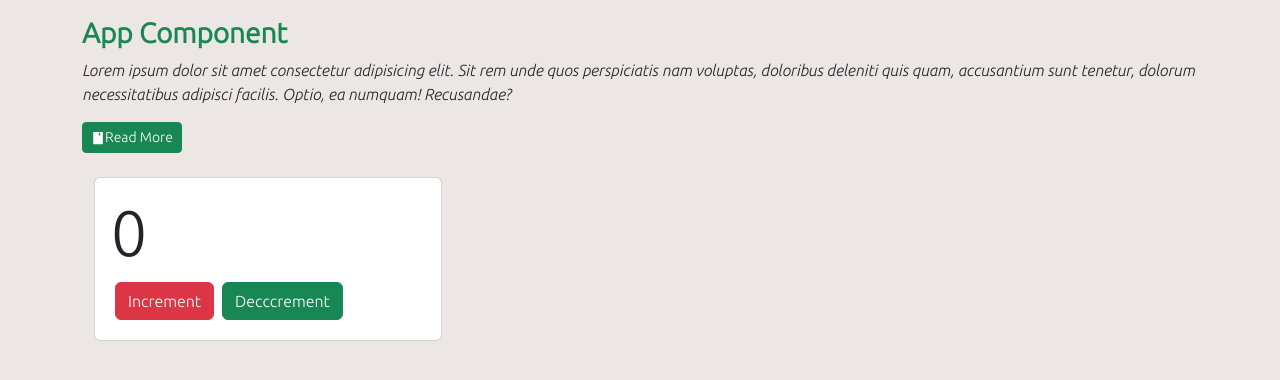
Repository: OmniaRafat232111121/employee_List
Page: /
These files come from the project's save history. The page is drawn as it stood at one moment and after the next save; the edit follows.
The browser window is 1280 px wide. The pictures show the whole page.
The project was rebuilt for these pictures with package versions that can differ from the ones it lists, and the page was loaded fresh each time.

Above is the page before, as saved 2022-09-09 13:17:49.

### public/index.html
<!DOCTYPE html>
<html lang="en">
  <head>
    <meta charset="utf-8" />
    <link rel="icon" href="%PUBLIC_URL%/favicon.ico" />
    <meta name="viewport" content="width=device-width, initial-scale=1" />
    <meta name="theme-color" content="#000000" />
    <meta
      name="description"
      content="Web site created using create-react-app"
    />
    <link rel="stylesheet" href="https://cdnjs.cloudflare.com/ajax/libs/font-awesome/4.7.0/css/font-awesome.css" integrity="sha512-5A8nwdMOWrSz20fDsjczgUidUBR8liPYU+WymTZP1lmY9G6Oc7HlZv156XqnsgNUzTyMefFTcsFH/tnJE/+xBg==" crossorigin="anonymous" referrerpolicy="no-referrer" />
    <link rel="manifest" href="%PUBLIC_URL%/manifest.json" />
    <title>React App</title>
  </head>
  <body>
    <noscript>You need to enable JavaScript to run this app.</noscript>
    <div id="root"></div>

  </body>
</html>

    <link rel="apple-touch-icon" href="%PUBLIC_URL%/logo192.png" />

    <link rel="manifest" href="%PUBLIC_URL%/manifest.json" />

    <title>React App</title>
  </head>
  <body>
    <noscript>You need to enable JavaScript to run this app.</noscript>
    <div id="root"></div>
  </body>
</html>

### src/index.tsx
import React from 'react';
import ReactDOM from 'react-dom/client';
import './index.css';
import App from './App';
import reportWebVitals from './reportWebVitals';

/*Bootstrap*/
import "../node_modules/bootstrap/dist/css/bootstrap.css"
import "../node_modules/bootstrap/dist/js/bootstrap.bundle"
const root = ReactDOM.createRoot(
  document.getElementById('root') as HTMLElement
);
root.render(
  <React.StrictMode>
    <App />
  </React.StrictMode>
);

// If you want to start measuring performance in your app, pass a function
// to log results (for example: reportWebVitals(console.log))
// or send to an analytics endpoint. Learn more: https://bit.ly/CRA-vitals
reportWebVitals();

### src/index.css
@import url('https://fonts.googleapis.com/css2?family=Be+Vietnam+Pro:wght@100&family=Montserrat:wght@400;700&family=Ubuntu:ital,wght@0,300;1,300&display=swap');
body {
  margin: 0;
  font-family: 'Ubuntu', sans-serif !important;
  background-color: #ece7e4 !important;
}

### src/App.tsx
import React from 'react';
import {AiFillBook} from 'react-icons/ai'
import Counter from './components/Counter';
function App() {

  return (
    <div className="App">
     <React.Fragment>
      <div className="container mt-3">
        <div className="grid">
          <div className="row">
            <div className="col">
              <p className='h3 fw-bold text-success'>App Component</p>
              <p className="fst-italic">Lorem ipsum dolor sit amet consectetur adipisicing elit. Sit rem unde quos perspiciatis nam voluptas, doloribus deleniti quis quam, accusantium sunt tenetur, dolorum necessitatibus adipisci facilis. Optio, ea numquam! Recusandae?</p>
              <button className='btn btn-success btn-sm'>
             < AiFillBook className='' />Read More</button>
            </div>
          </div>
          <div className="row">
            <div className="col">
             <Counter/>

            </div>
          </div>



        </div>
      </div>

     </React.Fragment>
    </div>
  );
}

export default App;

### src/components/Counter.tsx
import React,{useState} from 'react';

interface IProps {

}
interface IState {
    count:number;

}
const Counter: React.FC<IProps> = (props) => {
 let [state,setState]=useState<IState>({
    count:0
 })
    return (
   <React.Fragment>
     <div className="container">
        <div className="row">
            <div className="col-md-4">
                <div className="card mt-4">
                    <div className="card-body">
                        <p className="h3 display-3">{state.count}</p>
                        <button className='btn btn-danger m-1'>Increment</button>
                        <button className='btn btn-success m-1'>Decccrement</button>
                      </div>
                </div>
            </div>
        </div>
     </div>
   </React.Fragment>
  );
};

export default Counter;

Loaded but not shown: src/reportWebVitals.ts (common file)

After the next save:
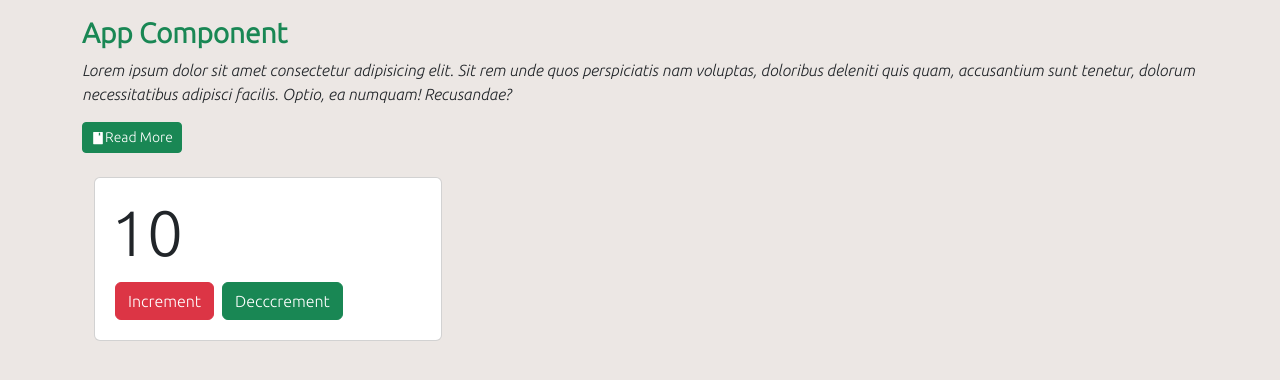
Saved 56 s later.
--- a/src/components/Counter.tsx
+++ b/src/components/Counter.tsx
@@ -9,7 +9,7 @@ interface IState {
 }
 const Counter: React.FC<IProps> = (props) => {
  let [state,setState]=useState<IState>({
-    count:0
+    count:10
  })
     return (
    <React.Fragment>
